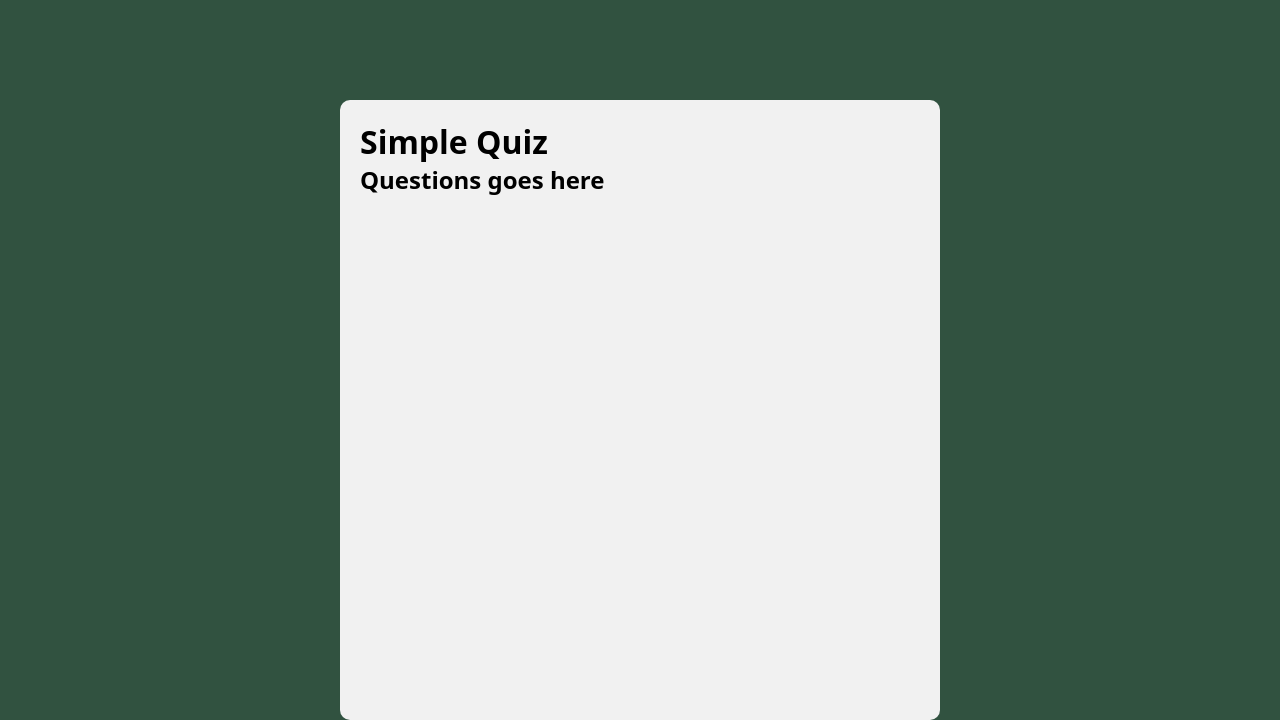
Repository: VickyJacob23/Quiz-App
Page: index.html
The author's editor kept a copy of each file at every save. The page is drawn from the files as they stood at one save, then again after the next save.
The browser window is 1280 px wide. The pictures show the whole page.

Above is the page before, as saved 2024-08-04 16:27:57.

### index.html
<!DOCTYPE html>
<html lang="en">
<head>
    <meta charset="UTF-8">
    <meta name="viewport" content="width=device-width, initial-scale=1.0">
    <title>Quiz App</title>
    <link rel="stylesheet" href="styles.css">
</head>
<body>
    <div class="app">
        <h1>Simple Quiz</h1>
        <div class="quiz">
            <h2 id="question">Questions goes here</h2>
        </div>
    </div>
</body>
</html>

### styles.css
*{
    margin: 0;
    padding: 0;
    box-sizing: border-box;
    font-family: system-ui, -apple-system, BlinkMacSystemFont, 'Segoe UI', Roboto, Oxygen, Ubuntu, Cantarell, 'Open Sans', 'Helvetica Neue', sans-serif;
}

body{
    display: flex;
    /* justify-content: center;
    align-items: center; */
    height: 100vh;
    background-color: #315240;

}
.app{
    width:90%;
    max-width: 600px;
    background-color:#f1f1f1;
    padding: 20px;
    border-radius: 10px;
    margin: 100px auto 0;
}

After the next save:
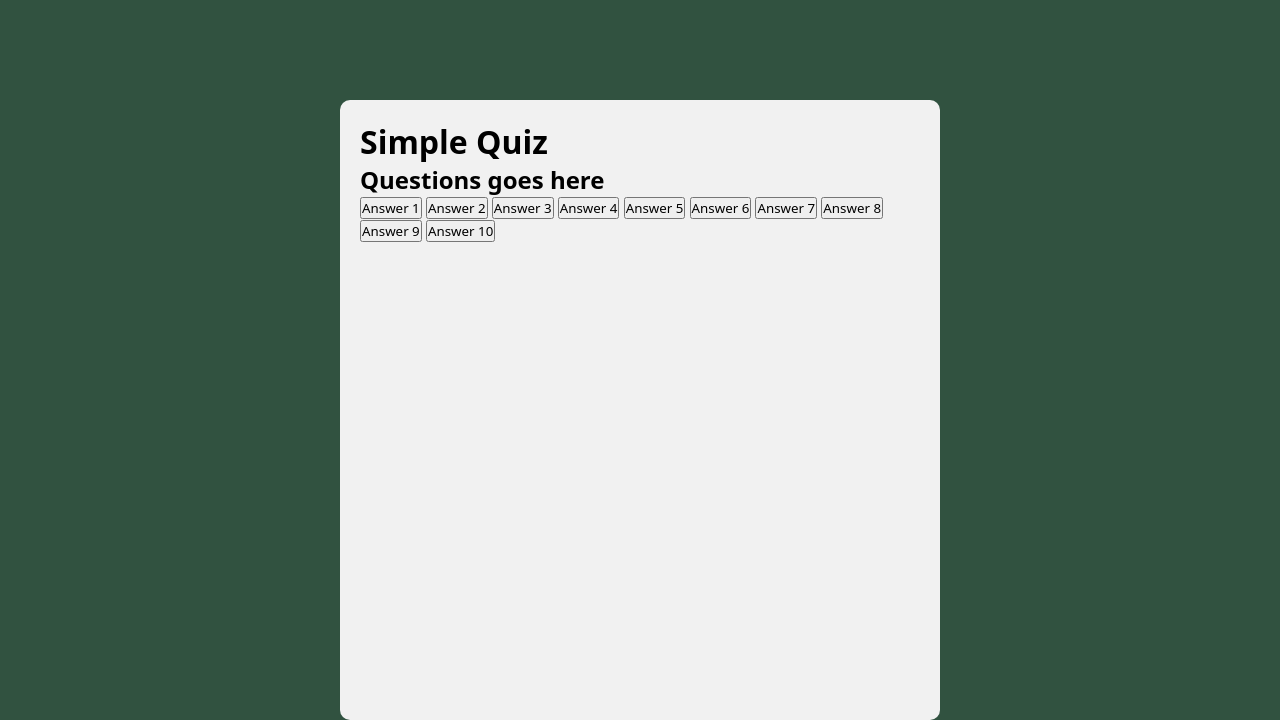
Saved 5 min 14 s later.
--- a/index.html
+++ b/index.html
@@ -11,6 +11,18 @@
         <h1>Simple Quiz</h1>
         <div class="quiz">
             <h2 id="question">Questions goes here</h2>
+            <div id="answer-buttons">
+                <button class="btn">Answer 1</button>
+                <button class="btn">Answer 2</button>
+                <button class="btn">Answer 3</button>
+                <button class="btn">Answer 4</button>
+                <button class="btn">Answer 5</button>
+                <button class="btn">Answer 6</button>
+                <button class="btn">Answer 7</button>
+                <button class="btn">Answer 8</button>
+                <button class="btn">Answer 9</button>
+                <button class="btn">Answer 10 </button>
+            </div>
         </div>
     </div>
 </body>
